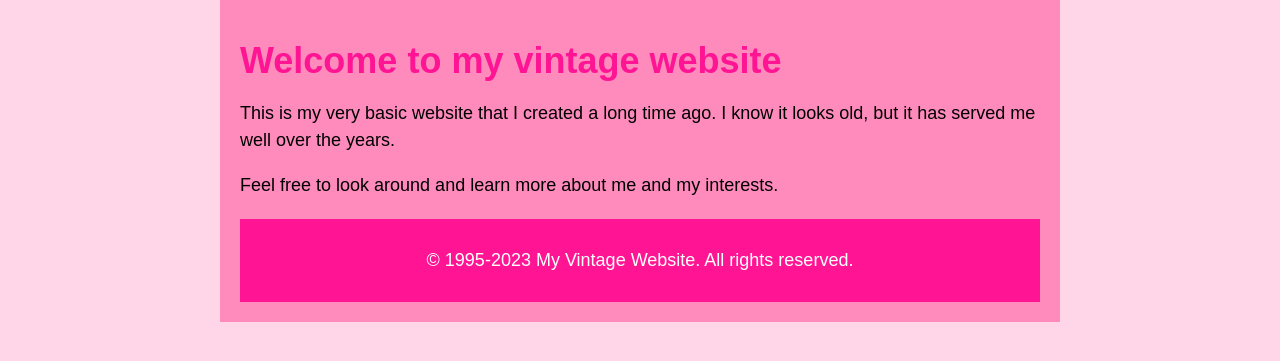
Repository: RennarDeer/RenDev
Page: index.html
These files come from the project's save history. The page is drawn as it stood at one moment and after the next save; the edit follows.
The browser window is 1280 px wide. The pictures show the whole page.

Above is the page before, as saved 2023-02-14 19:24:01.

### index.html
<!DOCTYPE html>
<html>
<head>
	<title>My Vintage Website</title>
	<link rel="stylesheet" type="text/css" href="style.css">
</head>
<body>
	<div id="container">
		<div id="content">
			<h1>Welcome to my vintage website</h1>
			<p>This is my very basic website that I created a long time ago. I know it looks old, but it has served me well over the years.</p>
			<p>Feel free to look around and learn more about me and my interests.</p>
		</div>

		<footer>
			<p>&copy; 1995-2023 My Vintage Website. All rights reserved.</p>
		</footer>
	</div>
</body>
</html>

### style.css
body {
	background-color: #ffd6e8;
	font-family: Arial, sans-serif;
	margin: 0;
	padding: 0;
}

#container {
	margin: 0 auto;
	max-width: 800px;
	padding: 20px;
	background-color: #ff8bbd;
}

#content {
	margin-top: 20px;
}

h1 {
	font-size: 36px;
	color: #ff1493;
	margin: 0;
}

p {
	font-size: 18px;
	line-height: 1.5;
}

footer {
	margin-top: 20px;
	background-color: #ff1493;
	color: #fff;
	padding: 10px;
	text-align: center;
}

After the next save:
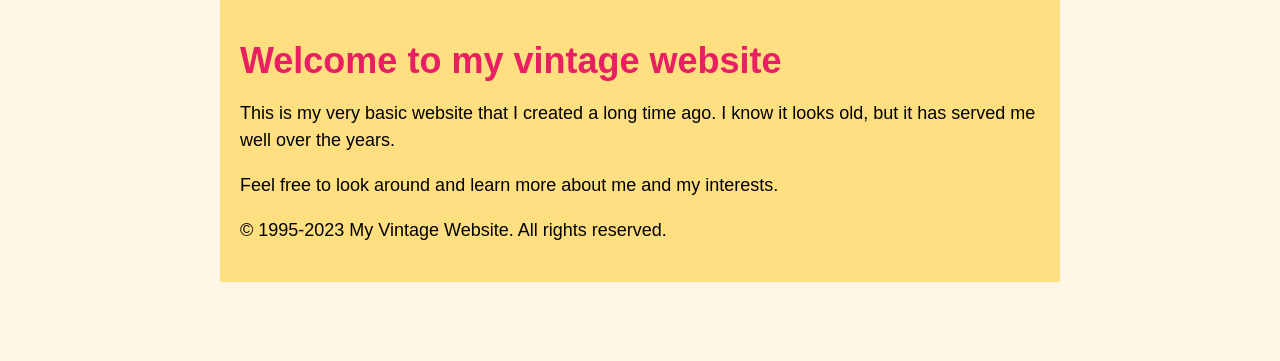
Saved 119 s later.
--- a/style.css
+++ b/style.css
@@ -1,5 +1,5 @@
 body {
-	background-color: #ffd6e8;
+	background-color: #fef5e7;
 	font-family: Arial, sans-serif;
 	margin: 0;
 	padding: 0;
@@ -9,7 +9,7 @@ body {
 	margin: 0 auto;
 	max-width: 800px;
 	padding: 20px;
-	background-color: #ff8bbd;
+	background-color: #ffdf80;
 }
 
 #content {
@@ -18,7 +18,7 @@ body {
 
 h1 {
 	font-size: 36px;
-	color: #ff1493;
+	color: #e91e63;
 	margin: 0;
 }
 
@@ -27,10 +27,16 @@ p {
 	line-height: 1.5;
 }
 
-footer {
+.image-gallery {
+	display: flex;
+	flex-wrap: wrap;
+	justify-content: center;
 	margin-top: 20px;
-	background-color: #ff1493;
-	color: #fff;
-	padding: 10px;
-	text-align: center;
 }
+
+.image-gallery img {
+	margin: 10px;
+	max-width: 300px;
+	height: auto;
+	border: 2px solid #e91e63;
+}
